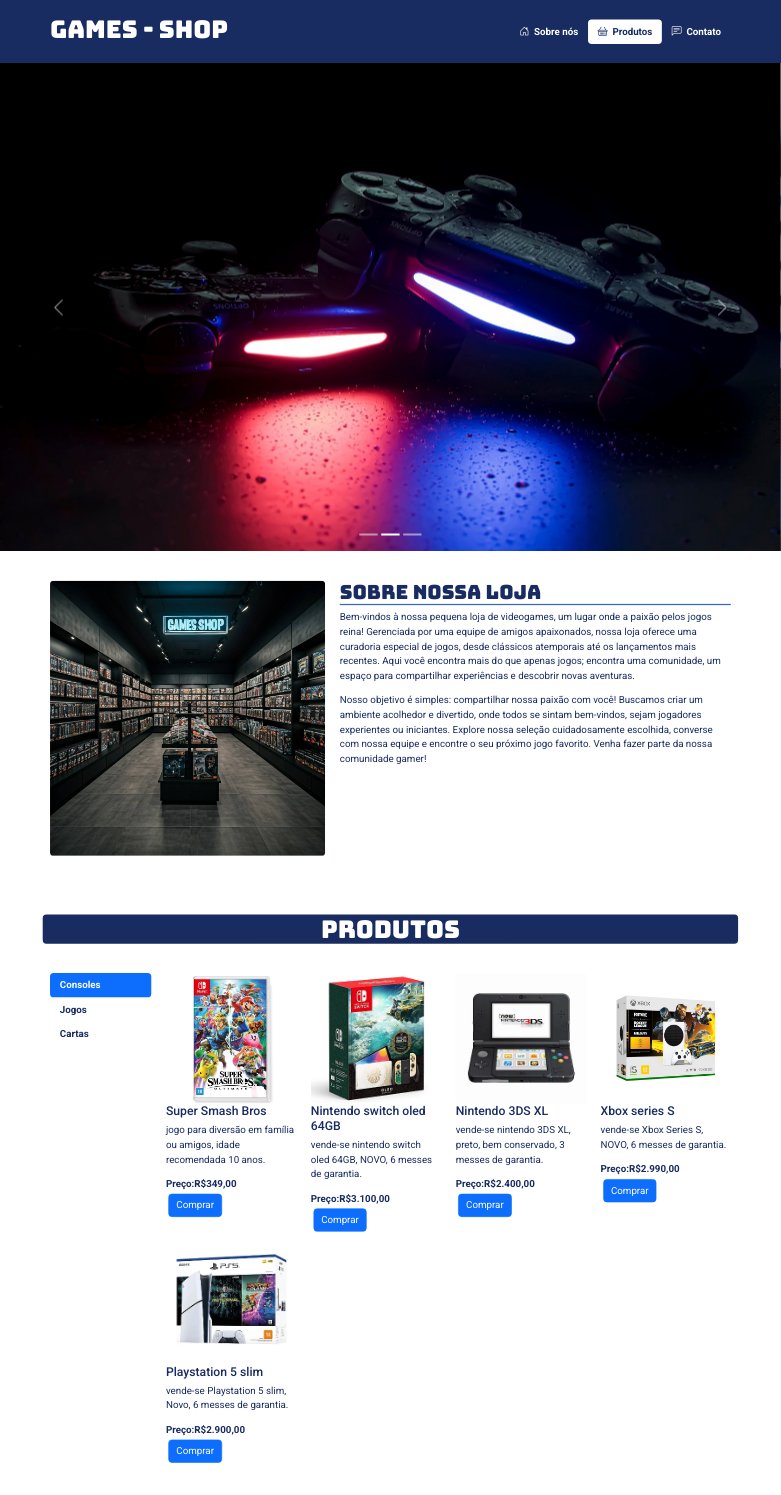
Repository: MatiasBrighent/GamesShop-Bootstrap
Page: index.html
The author's editor kept a copy of each file at every save. The page is drawn from the files as they stood at one save, then again after the next save.
The browser window is 1280 px wide. The pictures show the whole page, at 61% of full size.

Above is the page before, as saved 2025-06-20 15:35:04.

### index.html
<!DOCTYPE html>
<html lang="en">
<head>
    <meta charset="UTF-8">
    <meta name="viewport" content="width=device-width, initial-scale=1.0">
    <title>Games - Shop</title>
    <link rel="stylesheet" href="https://cdn.jsdelivr.net/npm/bootstrap@5.3.7/dist/css/bootstrap.min.css">
    <link rel="stylesheet" href="https://cdn.jsdelivr.net/npm/bootstrap-icons@1.13.1/font/bootstrap-icons.min.css">
    <link rel="preconnect" href="https://fonts.googleapis.com">
    <link rel="preconnect" href="https://fonts.gstatic.com" crossorigin>
    <link href="https://fonts.googleapis.com/css2?family=Bungee&family=Roboto:ital,wght@0,100..900;1,100..900&display=swap" rel="stylesheet">
    <link rel="stylesheet" href="style.css">
</head>
<body>
    <header class="navbar navbar-expand-lg  sticky-top p-4" id="header">
        <div class="container">
            <h1>Games - Shop</h1>
            <button type="button" class="navbar-toggler" data-bs-toggle="collapse" data-bs-target="#menu-nav">
                <span class="navbar-toggler-icon text-colored"></span>
            </button>
            <nav id="menu-nav" class="navbar-collapse collapse justify-content-end">
                <ul class="nav nav-pills d-block d-md-flex ">
                    <li class="nav-item fw-bold ">
                        <a class="nav-link " href="#sobre">
                            <i class="bi bi-house-door me-1"></i>
                            Sobre nós
                        </a>
                    </li>
                    <li  class="nav-item fw-bold">
                        <a class="nav-link" href="#produtos">
                            <i class="bi bi-basket me-1"></i>
                            Produtos
                        </a>
                    </li>
                    <li  class="nav-item fw-bold">
                        <a class="nav-link" href="#">
                            <i class="bi bi-chat-left-text me-1"></i>
                            Contato
                        </a>
                    </li>
            </nav>
        </div>
    </header>
    <div data-bs-spy="scroll" data-bs-target="header" data-bs-smooth-scrool="true">
        <section id="sobre">
            <div class="carousel slide" data-bs-ride="carousel" id="carousel">
                <div class="carousel-inner">
                    <div class="carousel-item active" data-bs-interval="3000">
                        <img class="w-100 " src="./images/slide/gameplay.jpg" alt="Gameplay de GTA V">
                    </div>
                    <div class="carousel-item active" data-bs-interval="3000">
                        <img class="w-100 " src="./images/slide/teclado+controle.jpg" alt="Teclado e um controle">
                    </div>
                    <div class="carousel-item active" data-bs-interval="3000">
                        <img class="w-100 " src="./images/slide/controles.jpg" alt="Dois controles de PS4">
                    </div>
                </div>
                <button type="button" class="carousel-control-prev" data-bs-target="#carousel" data-bs-slide="prev">
                    <span class="carousel-control-prev-icon"></span>
                </button>
                <button type="button" class="carousel-control-next" data-bs-target="#carousel" data-bs-slide="next">
                    <span class="carousel-control-next-icon"></span>
                </button>
                <div class="carousel-indicators">
                    <button type="button" data-bs-target="#carousel" data-bs-slide-to="0" class="active"></button>
                    <button type="button" data-bs-target="#carousel" data-bs-slide-to="1"></button>
                    <button type="button" data-bs-target="#carousel" data-bs-slide-to="2"></button>
                </div>
            </div>
            <div class="pt-5 pb-5">
                <div class="container">
                    <div class="row">
                        <div class="col-md-5">
                            <img src="images/Games-Shop.jpg" class="d-block w-100 rounded" alt="foto da nossa loja">
                        </div>
                        <div class="col-md-7 ">
                            <h2 class=" title  mt-md-0 text-colored">Sobre nossa loja</h2>
                            <p class="text-colored">
                                Bem-vindos à nossa pequena loja de videogames, um lugar onde a paixão pelos jogos reina! Gerenciada por uma equipe de amigos apaixonados, nossa loja oferece uma curadoria especial de jogos, desde clássicos atemporais até os lançamentos mais recentes. Aqui você encontra mais do que apenas jogos; encontra uma comunidade, um espaço para compartilhar experiências e descobrir novas aventuras.
                            </p>
                            <p class="text-colored">
                                Nosso objetivo é simples: compartilhar nossa paixão com você! Buscamos criar um ambiente acolhedor e divertido, onde todos se sintam bem-vindos, sejam jogadores experientes ou iniciantes. Explore nossa seleção cuidadosamente escolhida, converse com nossa equipe e encontre o seu próximo jogo favorito. Venha fazer parte da nossa comunidade gamer!
                            </p>
                        </div>
                    </div>
                </div>
            </div>
        </section>
        <section id="produtos" class="pt-5 pb-5">
            <div class="container">
                <div class="row">
                    <h1 class="section-title text-center mb-5 rounded">Produtos</h1>
                </div>
                <div class="row">
                    <aside class="col-md-2">
                        <nav class="nav nav-pills flex-column nav-cadarpio">
                            <button type="button" data-bs-toggle="tab" data-bs-target="#consoles" class="fw-bold text-start nav-link text-colored active">Consoles</button>
                            <button type="button" data-bs-toggle="tab" data-bs-target="#jogo" class="fw-bold text-start nav-link text-colored">Jogos</button>
                            <button type="button" data-bs-toggle="tab" data-bs-target="#" class="fw-bold text-start nav-link text-colored">Cartas</button>
                        </nav>
                    </aside>
                    <div class="col-md-10">
                        <div class="tab-content">
                            <div class="tab-pane " id="consoles">
                                <div class="row">
                                    <div class="col-md-3 text-colored produto">
                                        <img src="./images/produtos/consoles/Series X.webp" alt="Xbox Series X" class="img-fluid rounded">
                                        <h5>Xbox series X</h5>
                                        <p>
                                            vende-se Xbox Series X, NOVO, 6 messes de garantia.
                                        </p>
                                        <strong>Preço:R$3.400,00</strong>
                                        <div class="">
                                            <button type="button" class="btn btn-primary m-1">Comprar</button>
                                        </div>
                                    </div>
                                    <div class="col-md-3 text-colored produto">
                                        <img src="./images/produtos/consoles/switch.webp" alt="Nintendo switch oled 64GB" class="img-fluid rounded">
                                        <h5>Nintendo switch oled 64GB</h5>
                                        <p>
                                            vende-se nintendo switch  oled 64GB, NOVO, 6 messes de garantia.
                                        </p>
                                        <strong>Preço:R$3.100,00</strong>
                                        <div class="">
                                            <button type="button" class="btn btn-primary m-1">Comprar</button>
                                        </div>
                                    </div>
                                    <div class="col-md-3 text-colored produto">
                                        <img src="./images/produtos/consoles/3DS.webp" alt="Nintendo 3DS XL" class="img-fluid rounded">
                                        <h5>Nintendo 3DS XL</h5>
                                        <p>
                                            vende-se nintendo 3DS XL, preto, bem conservado, 3 messes de garantia.
                                        </p>
                                        <strong>Preço:R$2.400,00</strong>
                                        <div class="">
                                            <button type="button" class="btn btn-primary m-1">Comprar</button>
                                        </div>
                                    </div>
                                    <div class="col-md-3 text-colored produto">
                                        <img src="./images/produtos/consoles/Series S.webp" alt="Xbox Series S" class="img-fluid rounded">
                                        <h5>Xbox series S</h5>
                                        <p>
                                            vende-se Xbox Series S, NOVO, 6 messes de garantia.
                                        </p>
                                        <strong>Preço:R$2.990,00</strong>
                                        <div class="">
                                            <button type="button" class="btn btn-primary m-1">Comprar</button>
                                        </div>
                                    </div>
                                    <div class="col-md-3 text-colored produto">
                                        <img src="./images/produtos/consoles/PS5.webp" alt="Playstation 5 slim" class="img-fluid rounded">
                                        <h5>Playstation 5 slim</h5>
                                        <p>
                                            vende-se Playstation 5 slim, Novo, 6 messes de garantia.
                                        </p>
                                        <strong>Preço:R$2.900,00</strong>
                                        <div class="">
                                            <button type="button" class="btn btn-primary m-1">Comprar</button>
                                        </div>
                                    </div>
                                </div>
                            </div>
                            <div class="tab-pane active" id="jogo">
                                <div class="row">
                                    <div class="col-md-3 text-colored produto">
                                        <img src="./images/produtos/jogos/SmashBros.webp" alt="Super Smash Bros" class="img-fluid rounded">
                                        <h5>Super Smash Bros</h5>
                                        <p>
                                            jogo para diversão em família ou amigos, idade recomendada 10 anos.
                                        </p>
                                        <strong>Preço:R$349,00</strong>
                                        <div class="">
                                            <button type="button" class="btn btn-primary m-1">Comprar</button>
                                        </div>
                                    </div>
                                    <div class="col-md-3 text-colored produto">
                                        <img src="./images/produtos/consoles/switch.webp" alt="Nintendo switch oled 64GB" class="img-fluid rounded">
                                        <h5>Nintendo switch oled 64GB</h5>
                                        <p>
                                            vende-se nintendo switch  oled 64GB, NOVO, 6 messes de garantia.
                                        </p>
                                        <strong>Preço:R$3.100,00</strong>
                                        <div class="">
                                            <button type="button" class="btn btn-primary m-1">Comprar</button>
                                        </div>
                                    </div>
                                    <div class="col-md-3 text-colored produto">
                                        <img src="./images/produtos/consoles/3DS.webp" alt="Nintendo 3DS XL" class="img-fluid rounded">
                                        <h5>Nintendo 3DS XL</h5>
                                        <p>
                                            vende-se nintendo 3DS XL, preto, bem conservado, 3 messes de garantia.
                                        </p>
                                        <strong>Preço:R$2.400,00</strong>
                                        <div class="">
                                            <button type="button" class="btn btn-primary m-1">Comprar</button>
                                        </div>
                                    </div>
                                    <div class="col-md-3 text-colored produto">
                                        <img src="./images/produtos/consoles/Series S.webp" alt="Xbox Series S" class="img-fluid rounded">
                                        <h5>Xbox series S</h5>
                                        <p>
                                            vende-se Xbox Series S, NOVO, 6 messes de garantia.
                                        </p>
                                        <strong>Preço:R$2.990,00</strong>
                                        <div class="">
                                            <button type="button" class="btn btn-primary m-1">Comprar</button>
                                        </div>
                                    </div>
                                    <div class="col-md-3 text-colored produto">
                                        <img src="./images/produtos/consoles/PS5.webp" alt="Playstation 5 slim" class="img-fluid rounded">
                                        <h5>Playstation 5 slim</h5>
                                        <p>
                                            vende-se Playstation 5 slim, Novo, 6 messes de garantia.
                                        </p>
                                        <strong>Preço:R$2.900,00</strong>
                                        <div class="">
                                            <button type="button" class="btn btn-primary m-1">Comprar</button>
                                        </div>
                                    </div>
                                </div>
                            </div>
                        </div>
                    </div>
                </div>
            </div>
        </section>

    </div>

    <script src="https://cdn.jsdelivr.net/npm/bootstrap@5.3.7/dist/js/bootstrap.bundle.min.js"></script>
</body>
</html>

### style.css
body{
    font-family: Roboto, sans-serif;
}

header h1{
    font-family: Bungee;
    color: #fff;
}

.section-title{
    font-family: Bungee;
    color: #fff;
    background-color: #182c61;
}

.title{
    font-family: Bungee;
    color: #182c61;
    border-bottom: 2px solid #3564ca;
}

.text-colored{
    color: #182c61;
}


#header{
    background-color: #182c61;
}

#header .nav .nav-link.active{
    background-color: #fff;
    color: #182c61;
}

#header .nav .nav-link,
#header h1{
    color: #fff;
}

.navbar-toggler{
    background-color: #fff;
}

.carousel-item img{
    height: 800px;
}

.produto:hover{
    box-shadow: 0 0 10px rgba(81, 128, 228, 0.2);
    border: 1px solid #3564ca;
    border-radius: 4px;
}

After the next save:
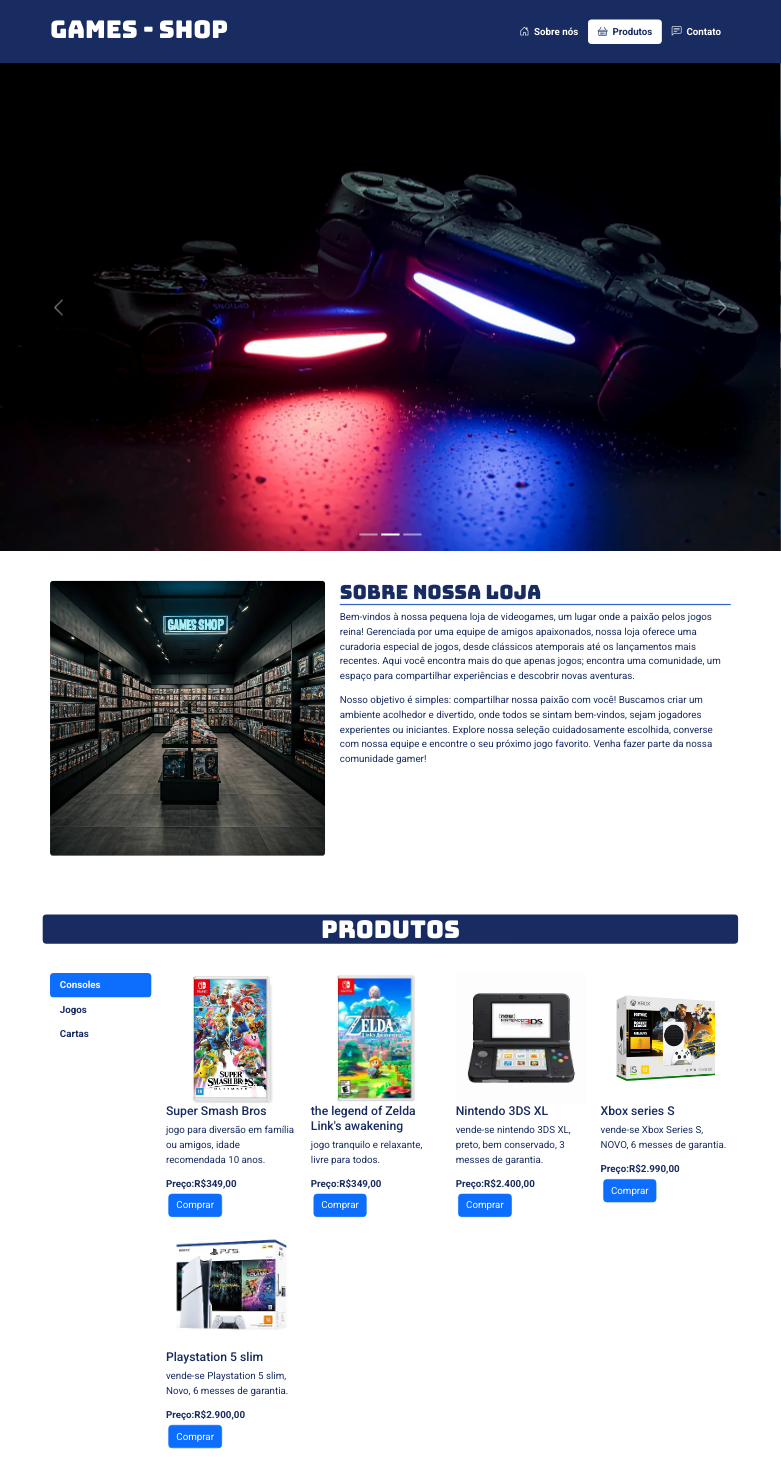
Saved 2 min 36 s later.
--- a/index.html
+++ b/index.html
@@ -174,12 +174,12 @@
                                         </div>
                                     </div>
                                     <div class="col-md-3 text-colored produto">
-                                        <img src="./images/produtos/consoles/switch.webp" alt="Nintendo switch oled 64GB" class="img-fluid rounded">
-                                        <h5>Nintendo switch oled 64GB</h5>
-                                        <p>
-                                            vende-se nintendo switch  oled 64GB, NOVO, 6 messes de garantia.
-                                        </p>
-                                        <strong>Preço:R$3.100,00</strong>
+                                        <img src="./images/produtos/jogos/Zelda.webp" alt="the legend of Zelda Link's awakening" class="img-fluid rounded">
+                                        <h5>the legend of Zelda Link's awakening</h5>
+                                        <p>
+                                            jogo tranquilo e relaxante, livre para todos.
+                                        </p>
+                                        <strong>Preço:R$349,00</strong>
                                         <div class="">
                                             <button type="button" class="btn btn-primary m-1">Comprar</button>
                                         </div>
